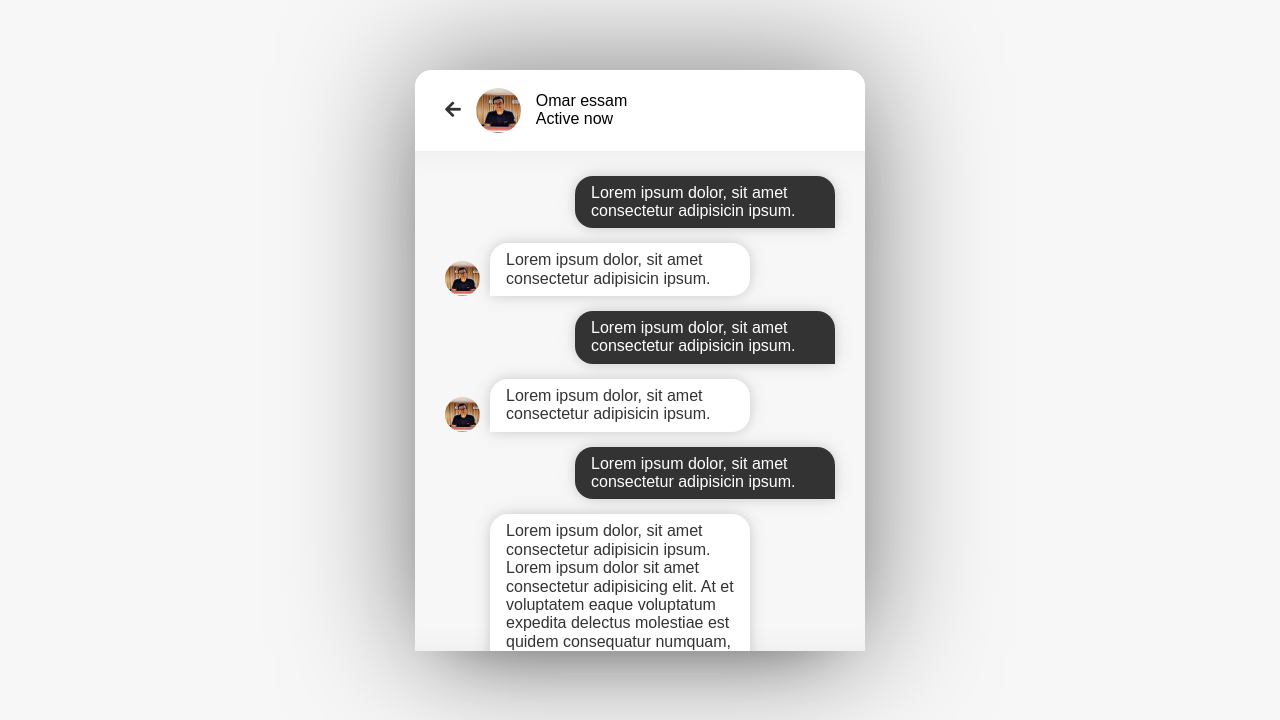
Repository: OmarEssameldinMousa/Chat-Application
Page: chat.html
The author's editor kept a copy of each file at every save. The page is drawn from the files as they stood at one save, then again after the next save.
The browser window is 1280 px wide. The pictures show the whole page.
An inner scrolling area shows only its first screen.

Above is the page before, as saved 2023-09-23 00:22:51.

After the next save:
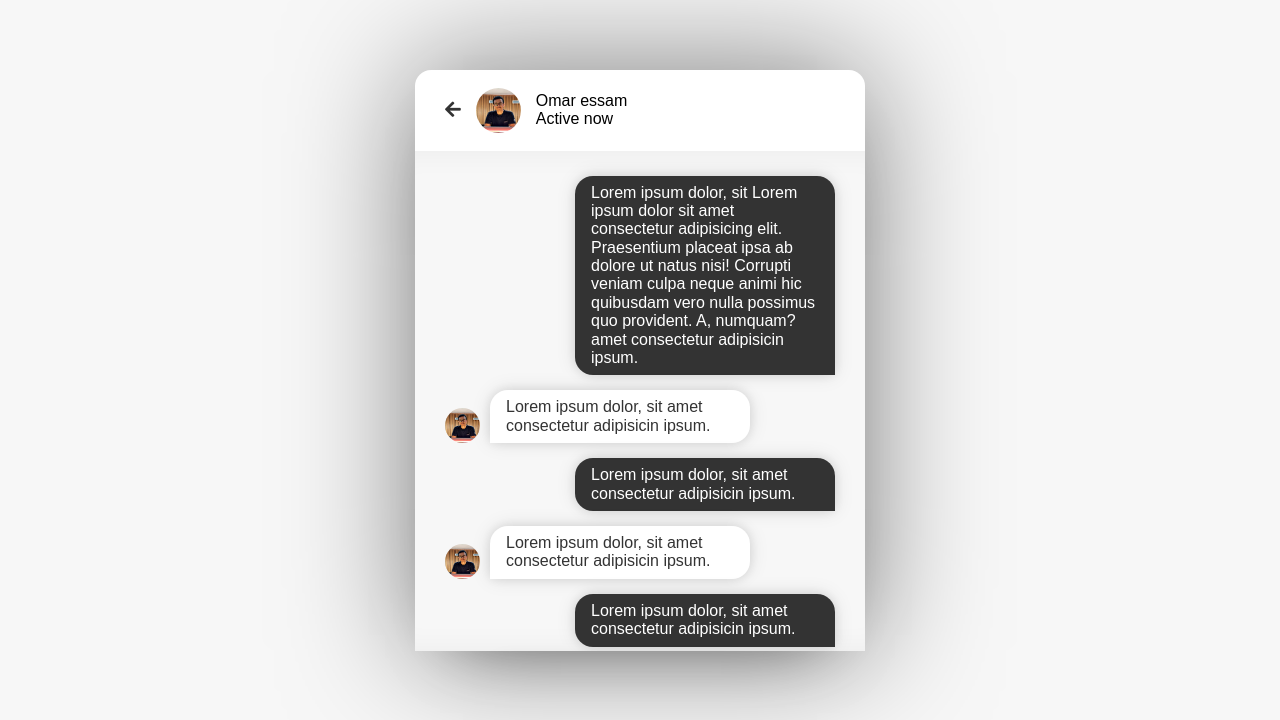
Saved 16 s later.
--- a/chat.html
+++ b/chat.html
@@ -26,7 +26,9 @@
 
                 <div class="chat outgoing">
                     <div class="details">
-                        <p>Lorem ipsum dolor, sit amet consectetur adipisicin ipsum.</p>
+                        <p>Lorem ipsum dolor, sit Lorem ipsum dolor sit amet consectetur adipisicing elit. Praesentium
+                            placeat ipsa ab dolore ut natus nisi! Corrupti veniam culpa neque animi hic quibusdam vero
+                            nulla possimus quo provident. A, numquam? amet consectetur adipisicin ipsum.</p>
                     </div>
                 </div>
 
